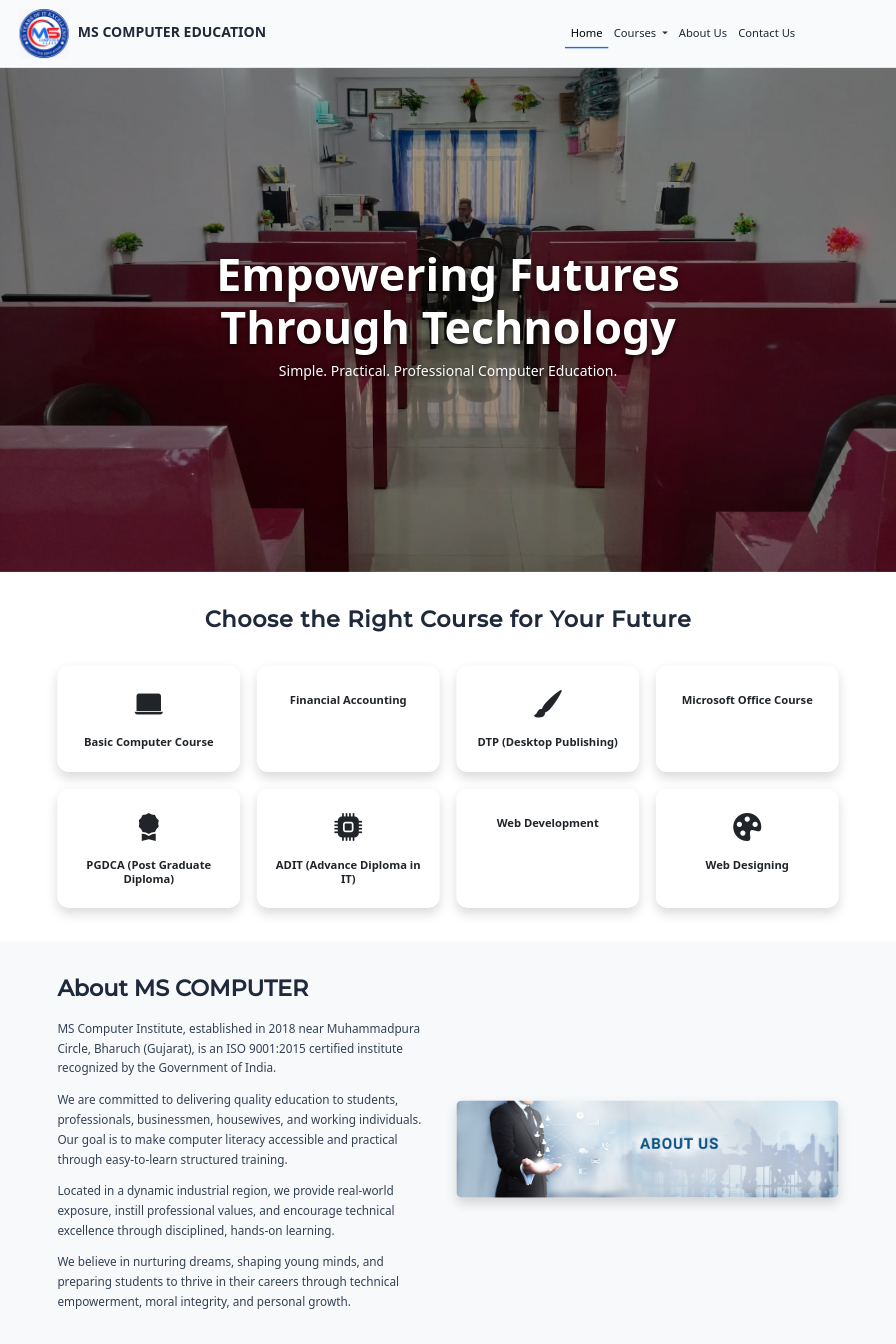
Repository: mscomputer2025/mscomputer
Page: http://localhost/
These files come from the project's save history. The page is drawn as it stood at one moment and after the next save; the edit follows.
The browser window is 1280 px wide. The pictures show the part of the page from y = 0 to 1920 px (the page is 2639 px tall), at 70% of full size.
Some web fonts or font styles are not loaded; a fallback is used. The page is served by the project's Laravel application, run on PHP 8.4 with Laravel 12. Other server files are loaded and not shown. Queries for data that is not in the repository find no rows.

Above is the page before, as saved 2025-07-01 19:03:20.

### app/Providers/AppServiceProvider.php
<?php

namespace App\Providers;

use Illuminate\Support\ServiceProvider;
use App\Models\Courses;
use Illuminate\Support\Facades\View;

class AppServiceProvider extends ServiceProvider
{

    public function register(): void
    {
        //
    }

    public function boot()
{
    View::composer('*', function ($view) {
        $view->with('allCourses', Courses::all());
    });
}
}

### app/Providers/ViewServiceProvider.php
<?php

namespace App\Providers;

use Illuminate\Support\ServiceProvider;
use Illuminate\Support\Facades\View;
use Illuminate\View\Compilers\BladeCompiler;
use Illuminate\Support\Facades\Validator;
use App\Models\Courses;

class ViewServiceProvider extends ServiceProvider
{

    public function register(): void
    {
        //
    }


    public function boot()
    {
        View::composer('*', function ($view) {
            $courses = Courses::all();
            $view->with('courses', $courses);
        });
    }
}

### routes/web.php
<?php

use Illuminate\Support\Facades\Route;

Route::get('/', function () {
    return view('homepage');
});
Route::get('/ms', function () {
    return view('welcome');
});

### app/Models/Courses.php
<?php

namespace App\Models;

use Illuminate\Database\Eloquent\Model;

class Courses extends Model
{
    protected $fillable = [
        'course_id', 'course_title', 'course_image', 'course_duration',
        'course_description', 'course_curriculum', 'course_rating', 'course_reviews'
    ];

    protected $casts = [
        'course_curriculum' => 'array',
    ];
}

### resources/views/homepage.blade.php
@extends('master.master')

@section('title', 'Home')

@section('content')
    <div class="hero">
        <div>
            <h1 class="display-3 fw-bold">Empowering Futures Through Technology</h1>
            <p class="lead">Simple. Practical. Professional Computer Education.</p>
        </div>
    </div>
    <section class="py-5  text-center">
        <div class="container">
            <h2 class="fw-bold mb-5 heading-styled">Choose the Right Course for Your Future</h2>
            <div class="row g-4 justify-content-center">
                @php
                    $courses = [
                        ['icon' => 'laptop', 'title' => 'Basic Computer Course'],
                        ['icon' => 'cash-stack', 'title' => 'Financial Accounting'],
                        ['icon' => 'brush', 'title' => 'DTP (Desktop Publishing)'],
                        ['icon' => 'windows', 'title' => 'Microsoft Office Course'],
                        ['icon' => 'award', 'title' => 'PGDCA (Post Graduate Diploma)'],
                        ['icon' => 'cpu', 'title' => 'ADIT (Advance Diploma in IT)'],
                        ['icon' => 'code-slash', 'title' => 'Web Development'],
                        ['icon' => 'palette', 'title' => 'Web Designing'],
                    ];
                  @endphp

                @foreach ($courses as $course)
                    <div class="col-6 col-md-4 col-lg-3">
                        <div class="course-box p-4 shadow rounded-4 h-100 transition-hover">
                            <div class="mb-3">
                                <i class="bi bi-{{ $course['icon'] }}-fill fs-1  text-dark "></i>
                            </div>
                            <h6 class="fw-semibold text-dark">{{ $course['title'] }}</h6>
                        </div>
                    </div>
                @endforeach
            </div>
        </div>
    </section>

<section class="py-5 bg-light">
  <div class="container">
    <div class="row align-items-center">

      <div class="col-md-6">
        <h2 class="fw-bold mb-4">About MS COMPUTER</h2>
        <p>MS Computer Institute, established in 2018 near Muhammadpura Circle, Bharuch (Gujarat), is an ISO 9001:2015 certified institute recognized by the Government of India.</p>
        <p>We are committed to delivering quality education to students, professionals, businessmen, housewives, and working individuals. Our goal is to make computer literacy accessible and practical through easy-to-learn structured training.</p>
        <p>Located in a dynamic industrial region, we provide real-world exposure, instill professional values, and encourage technical excellence through disciplined, hands-on learning.</p>
        <p>We believe in nurturing dreams, shaping young minds, and preparing students to thrive in their careers through technical empowerment, moral integrity, and personal growth.</p>
      </div>

      <div class="col-md-6 text-center">
        <img src="{{ asset('images/aboutus.jpg') }}" alt="MS Computer Institute" class="img-fluid rounded-3 shadow">
      </div>

    </div>
  </div>
</section>


<section class="py-5 bg-white">
  <div class="container">
    <h2 class="text-center fw-bold mb-5">Director's Message</h2>
    <div id="quoteCarousel" class="carousel slide" data-bs-ride="carousel" data-bs-interval="5000" data-bs-pause="hover">
      <div class="carousel-inner">
        <div class="carousel-item active">
          <blockquote class="blockquote text-center">
            <i class="bi bi-lightbulb fs-1 text-warning mb-3"></i>
            <p class="mb-4">"Education shapes civilization and pushes humanity forward. We are here to help our youth experience the future."</p>
            <footer class="blockquote-footer">Mustaq Ahmed Shaikh, Director</footer>
          </blockquote>
        </div>
        <div class="carousel-item">
          <blockquote class="blockquote text-center">
            <i class="bi bi-star-fill fs-1 text-primary mb-3"></i>
            <p class="mb-4">"Excellence and value are not just our principles, but our promise to every student that walks through our doors."</p>
            <footer class="blockquote-footer">Mustaq Ahmed Shaikh, Director</footer>
          </blockquote>
        </div>
        <div class="carousel-item">
          <blockquote class="blockquote text-center">
            <i class="bi bi-rocket fs-1 text-danger mb-3"></i>
            <p class="mb-4">"We nurture dreams, develop skills, and help youth become self-reliant and ethically strong professionals."</p>
            <footer class="blockquote-footer">Mustaq Ahmed Shaikh, Director</footer>
          </blockquote>
        </div>
      </div>
      <button class="carousel-control-prev" type="button" data-bs-target="#quoteCarousel" data-bs-slide="prev">
        <span class="carousel-control-prev-icon" aria-hidden="true"></span>
        <span class="visually-hidden">Previous</span>
      </button>
      <button class="carousel-control-next" type="button" data-bs-target="#quoteCarousel" data-bs-slide="next">
        <span class="carousel-control-next-icon" aria-hidden="true"></span>
        <span class="visually-hidden">Next</span>
      </button>
    </div>
  </div>
</section>

@endsection

### resources/views/master/master.blade.php
<!DOCTYPE html>
<html lang="en">
<head>
    <meta charset="UTF-8">
    <meta name="viewport" content="width=device-width, initial-scale=1.0">
    <link rel="stylesheet" href="{{ asset('css/master.css') }}">
    <link href="https://fonts.googleapis.com/css2?family=Poppins&display=swap" rel="stylesheet">
    <link href="https://fonts.googleapis.com/css2?family=Orbitron:wght@600&family=Montserrat:wght@500&display=swap" rel="stylesheet">
    <link rel="stylesheet" href="https://cdn.jsdelivr.net/npm/bootstrap-icons@1.10.5/font/bootstrap-icons.css">
    <link href="https://cdn.jsdelivr.net/npm/bootstrap@5.3.7/dist/css/bootstrap.min.css" rel="stylesheet">
    <title>MS COMPUTER - @yield('title')</title>
</head>
<body>

    @include('master.header')

    <main>
        @yield('content')
    </main>

    @include('master.footer')

    <script src="https://cdn.jsdelivr.net/npm/bootstrap@5.3.7/dist/js/bootstrap.bundle.min.js"></script>
</body>
</html>

### resources/views/master/header.blade.php
<nav class="navbar navbar-expand-lg navbar-light  shadow-sm">
    <div class="container mx-3">
        <a class="navbar-brand" href="#">
            <img src="{{ asset('logo.jpeg') }}" alt="Institute Logo" width="70" height="100" class="img-fluid">
            <span class="ms-2 fw-bold">MS COMPUTER EDUCATION</span>
        </a>

        <!-- Toggle button for mobile -->
        <button class="navbar-toggler" type="button" data-bs-toggle="collapse" data-bs-target="#navbarContent"
            aria-controls="navbarContent" aria-expanded="false" aria-label="Toggle navigation">
            <span class="navbar-toggler-icon"></span>
        </button>

        <!-- Nav links on right -->
        <div class="collapse navbar-collapse justify-content-end" id="navbarContent">
            <ul class="navbar-nav mb-2 mb-lg-0">
                <li class="nav-item">
                    <a class="nav-link active" href="#">Home</a>
                </li>

                <!-- Courses Dropdown -->
                <li class="nav-item dropdown">
                    <a class="nav-link dropdown-toggle" href="#" id="coursesDropdown" role="button"
                        data-bs-toggle="dropdown" aria-expanded="false">
                        Courses
                    </a>
                    <ul class="dropdown-menu" aria-labelledby="coursesDropdown">
                        <li><a class="dropdown-item" href="#">Basic Computer</a></li>
                        <li><a class="dropdown-item" href="#">Tally ERP</a></li>
                        <li><a class="dropdown-item" href="#">Web Development</a></li>
                        <li><a class="dropdown-item" href="#">Graphic Design</a></li>
                    </ul>
                </li>
                <li class="nav-item">
                    <a class="nav-link" href="#">About Us</a>
                </li>
                <li class="nav-item">
                    <a class="nav-link" href="#">Contact Us</a>
                </li>
            </ul>
        </div>
    </div>
</nav>

### resources/views/master/footer.blade.php
<footer class="container text-white pt-4 pb-3 mt-5 footer-bg">
    <div class="mx-3">
        <div class="row">
            <!-- Institute Info -->
            <div class="col-md-4 mb-3">
                <a class="navbar-brand" href="#">
                    <img src="{{ asset('footerlogo.jpg') }}" alt="Institute Logo" width="50" height="70"
                        class="img-fluid rounded-circle me-2">
                </a>
                <span class="fw-bold h5">MS COMPUTER EDUCATION</span>
                <p class="mt-2">
                    MS COMPUTER nurtures dreams and shapes futures by awakening potential and inspiring a passion for
                    technical excellence. Our education system is rooted in proven methods, focused on guidance,
                    prevention of faults, and constructive support.
                </p>
            </div>

            <!-- Quick Links -->
            <div class="col-md-2 mb-3">
                <h5 class="fw-bold">Quick Links</h5>
                <ul class="list-unstyled">
                    <li><a href="#" class="text-white text-decoration-none">Home</a></li>
                    <li><a href="#" class="text-white text-decoration-none">Courses</a></li>
                    <li><a href="#" class="text-white text-decoration-none">Inquiry</a></li>
                    <li><a href="#" class="text-white text-decoration-none">About Us</a></li>
                    <li><a href="#" class="text-white text-decoration-none">Contact Us</a></li>
                </ul>
            </div>

            <!-- Courses Offered -->
            <div class="col-md-2 mb-3">
                <h5 class="fw-bold">Courses Offered</h5>
                <ul class="list-unstyled">
                    <li><a href="#" class="text-white text-decoration-none">Basic Computer</a></li>
                    <li><a href="#" class="text-white text-decoration-none">Tally with GST</a></li>
                    <li><a href="#" class="text-white text-decoration-none">Web Development</a></li>
                    <li><a href="#" class="text-white text-decoration-none">Graphic Designing</a></li>
                    <li><a href="#" class="text-white text-decoration-none">Programming (C/C++)</a></li>
                </ul>
            </div>

            <!-- Contact Info -->
            <div class="col-md-4 mb-3">
                <h5 class="fw-bold">Contact Us</h5>
                <p><i class="bi bi-envelope-fill me-2"></i>Email: mscomputeronline@gmial.com</p>
                <p><i class="bi bi-telephone-fill me-2"></i>Phone:+91 7600 991 605 |+91 8401 330 313</p>
                <p><i class="bi bi-geo-alt-fill me-2 align-middle"></i>G-19, Mohammadi City Corner, Mohammadpura,
                    Bharuch</p>
            </div>
        </div>

        <hr class="bg-secondary">
        <div class="text-center">
            <small>&copy; {{ date('Y') }} MS COMPUTER. All rights reserved.</small>
        </div>
    </div>
</footer>

### public/css/master.css
:root {
  --primary-light: #F8FAFC;
  --accent-blue: #2563EB;
  --nav-text: #1F2937;
  --footer-bg: #101e39;
  --footer-text: #bde6e0;
  --footer-link-hover: #2563EB;
}

.navbar {
  background-color: var(--primary-light);
  border-bottom: 1px solid #e2e8f0;
  /* font-family: 'Orbitron', sans-serif;  */
}

.navbar .navbar-brand span {
  color: var(--nav-text);
  font-weight: 700;
}

.navbar .nav-link {
  color: var(--nav-text);
  font-weight: 500;
}

.navbar .nav-link.active,
.navbar .nav-link:hover {
  color: var(--accent-blue);
  border-bottom: 2px solid var(--accent-blue);
}

/* Dropdown Styling */
.navbar .dropdown-menu {
  background-color: var(--primary-light);
  border: 1px solid #e2e8f0;
  box-shadow: 0 6px 12px rgba(0, 0, 0, 0.1);
}

.navbar .dropdown-item {
  color: var(--nav-text);
}

.navbar .dropdown-item:hover {
  background-color: var(--accent-blue);
  color: white;
}

footer.footer-bg {
  background-color: var(--footer-bg);
  color: var(--footer-text);
}

footer.footer-bg span h5 {
  color: var(--footer-text);
}

footer.footer-bg a {
  color: var(--footer-text);
  text-decoration: none;
}

footer.footer-bg a:hover {
  color: var(--footer-link-hover);
  text-decoration: underline;
}

footer.footer-bg hr {
  border-top: 1px solid #cbd5e1;
}

.hero {
  width: 100%;
  height: 100vh;
    background-image: url('../images/herosection.jpeg');
  background-position: center center;
  background-size: cover;
  background-repeat: no-repeat;
  position: relative;
  display: flex;
  align-items: center;
  justify-content: center;
  text-align: center;
  color: white;
  overflow: hidden;
  /* font-family: 'Orbitron', sans-serif; */
  padding: 0 15px;
}

.hero::before {
  content: "";
  position: absolute;
  inset: 0;
  background-color: rgba(0, 0, 0, 0.4);
  /* dark overlay */
  z-index: 1;
}

.hero>div {
  position: relative;
  z-index: 2;
  text-shadow: 0 2px 8px rgba(0, 0, 0, 0.8);
  max-width: 800px;
  margin: auto;
}

@media (max-width: 768px) {
  .hero h1 {
    font-size: 2rem;
  }

  .hero p {
    font-size: 1rem;
  }
}

@media (max-width: 480px) {
  .hero {
    height: 80vh;
    padding: 20px;
  }

  .hero h1 {
    font-size: 1.5rem;
  }

  .hero p {
    font-size: 0.95rem;
  }
}

.course-box {
  transition: transform 0.3s ease,
}

.course-box:hover {
  transform: translateY(-5px);
  box-shadow: 0 10px 20px rgba(12, 12, 12, 0.1);
}

.heading-styled {
  font-family: 'Orbitron', sans-serif;
  font-size: 2rem;
  letter-spacing: 1px;
  color: #1f2937;
  position: relative;
}

@media (max-width: 576px) {
  .heading-styled {
    font-size: 1.5rem;
  }
}

.heading-styled::after {
  content: "";
  width: 60%;
  height: 3px;
  position: absolute;
  bottom: -10px;
  left: 0;
  border-radius: 2px;
}
section .fw-bold {
  font-family: 'Montserrat', sans-serif;
  color: #1e293b;
}

section p {
  font-size: 1.05rem;
  line-height: 1.7;
  color: #334155;
}

After the next save:
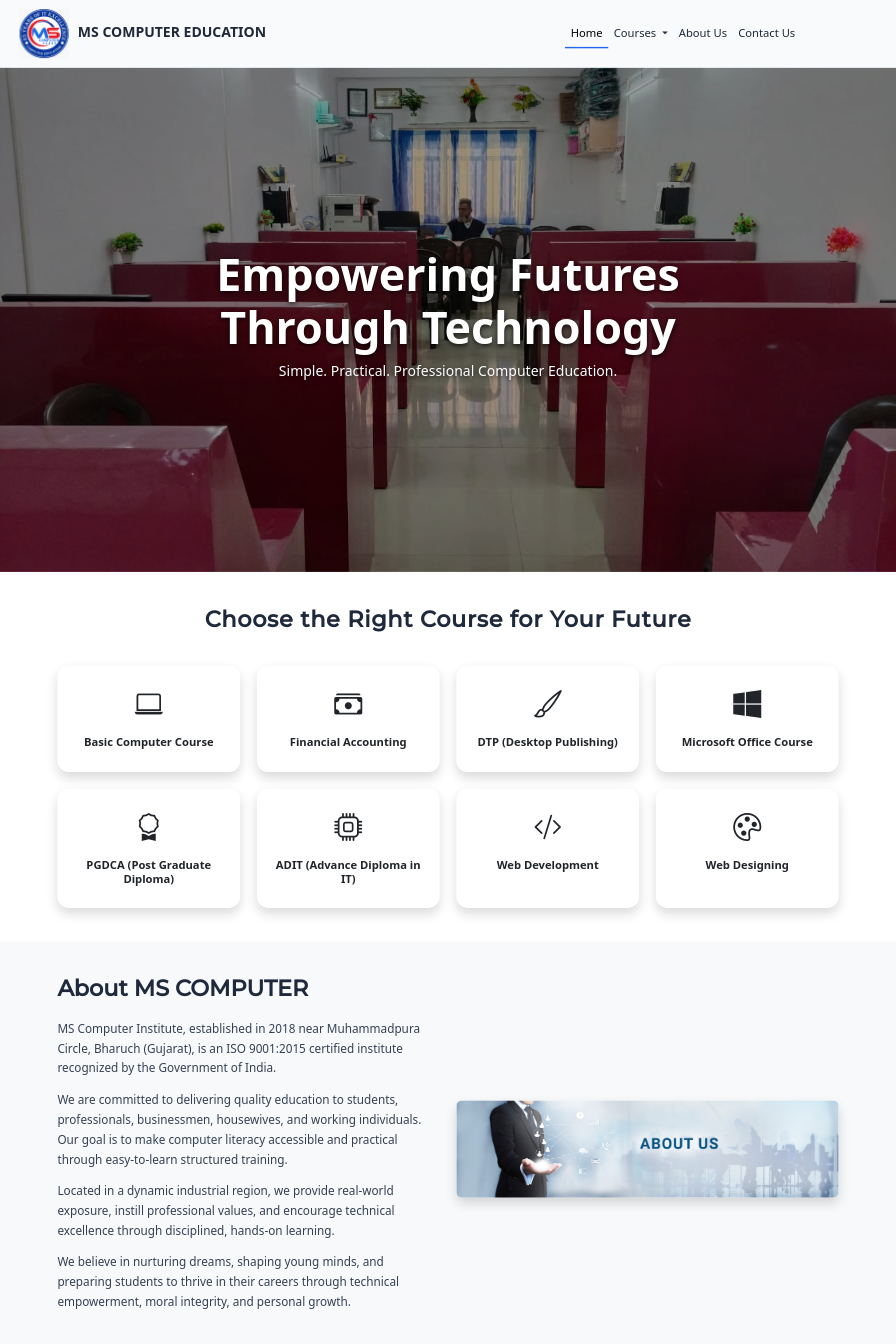
Saved 5 s later.
--- a/resources/views/homepage.blade.php
+++ b/resources/views/homepage.blade.php
@@ -30,7 +30,7 @@
                     <div class="col-6 col-md-4 col-lg-3">
                         <div class="course-box p-4 shadow rounded-4 h-100 transition-hover">
                             <div class="mb-3">
-                                <i class="bi bi-{{ $course['icon'] }}-fill fs-1  text-dark "></i>
+                                <i class="bi bi-{{ $course['icon'] }} fs-1  text-dark "></i>
                             </div>
                             <h6 class="fw-semibold text-dark">{{ $course['title'] }}</h6>
                         </div>
